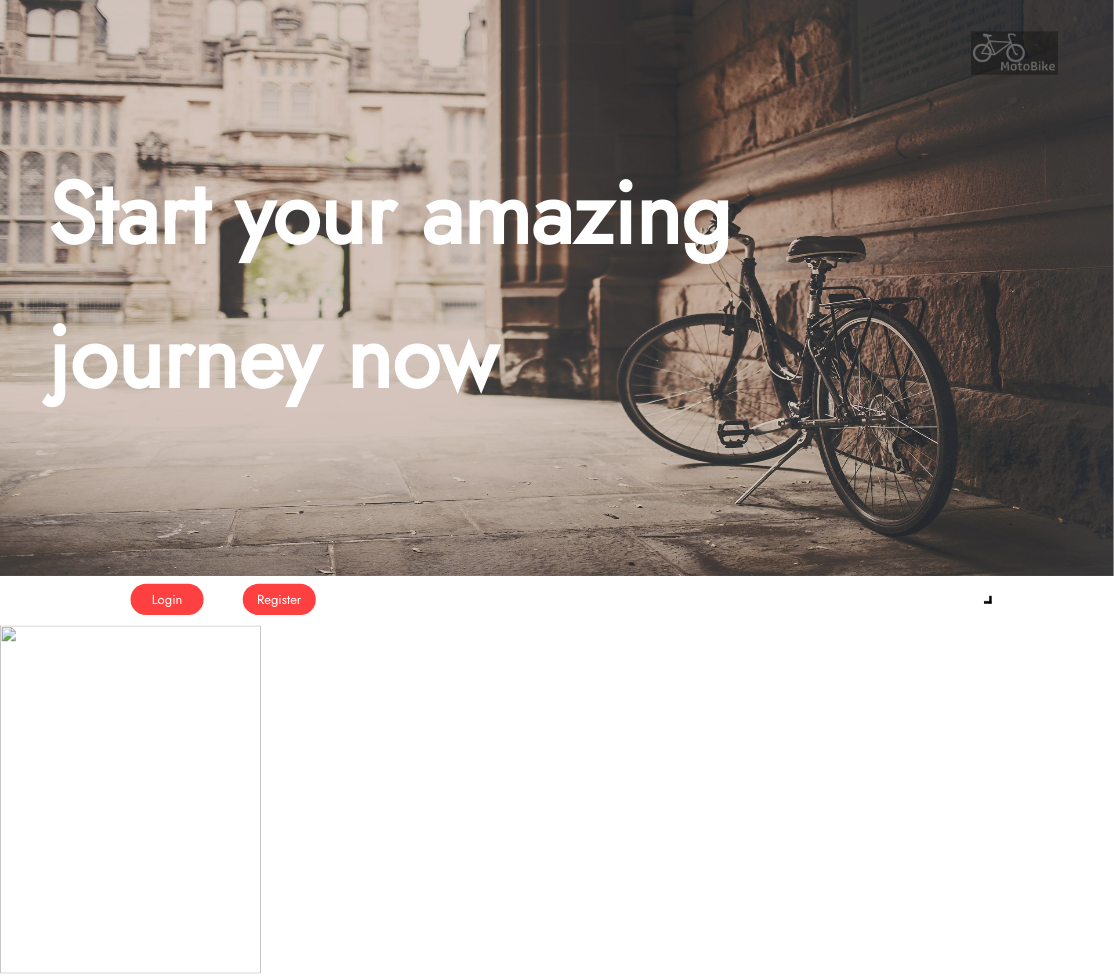
Repository: PatryxB/bikeService
Page: http://localhost/
An editor plug-in stored every save of this project. The page is shown before and after the next save, followed by the edit.
The browser window is 1280 px wide. The pictures show the whole page, at 87% of full size.
The page is served by the project's Laravel application, run on PHP 8.4 with Laravel 8. Style sheets and scripts are compiled from the project's sources, by tool versions that may differ from the author's.

Above is the page before, as saved 2020-05-14 10:21:53.

After the next save:
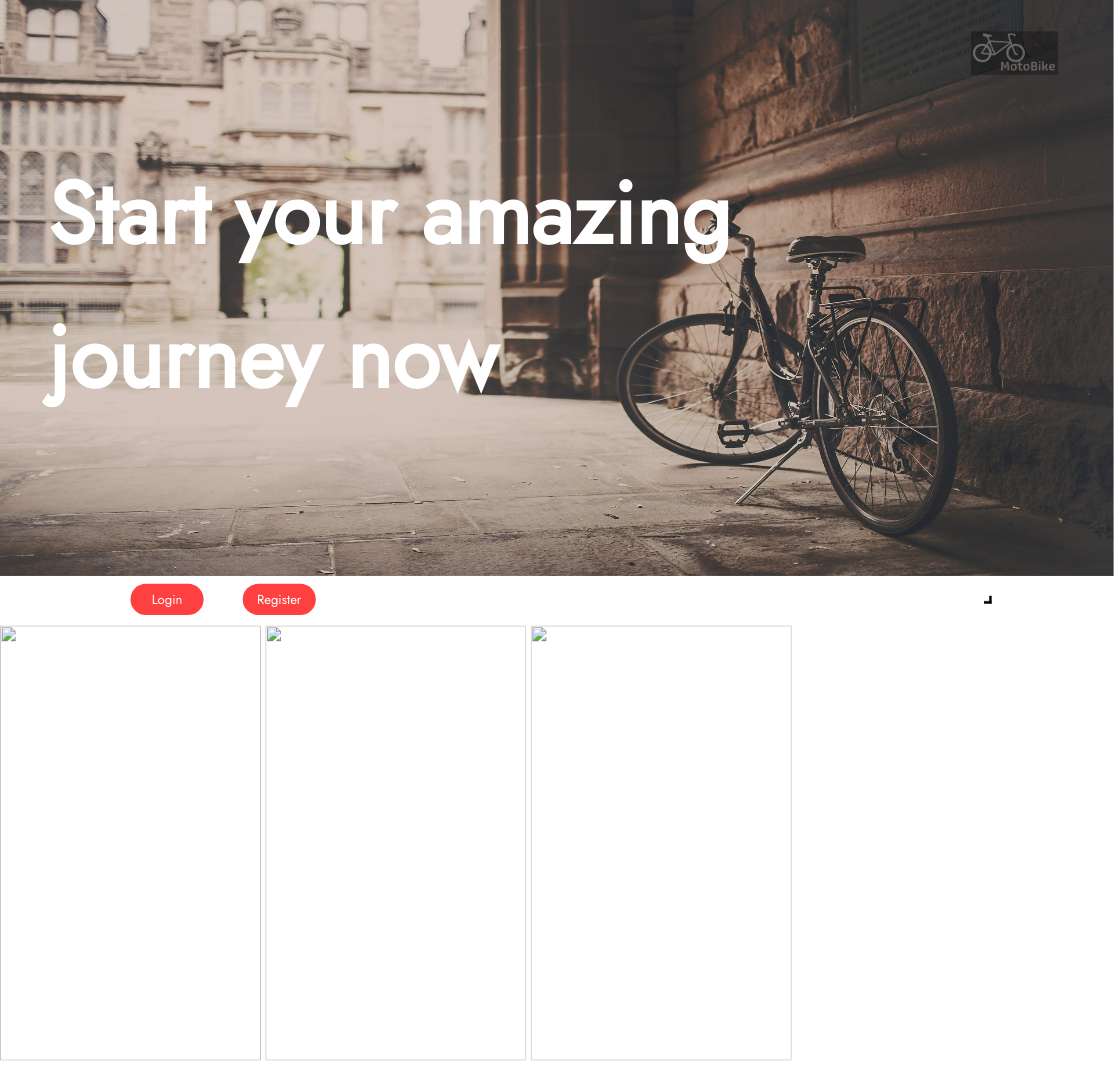
Saved 68 s later.
--- a/resources/views/welcome.blade.php
+++ b/resources/views/welcome.blade.php
@@ -24,9 +24,9 @@
         @section('content')
             <section>
                 <div>
-                    <img src="" alt="" width="300px" height="400px">
-                    <img src="" alt="">
-                    <img src="" alt="">
+                    <img src="" alt="" width="300px" height="500px">
+                    <img src="" alt="" width="300px" height="500px">
+                    <img src="" alt="" width="300px" height="500px">
                 </div>
             </section>
         @endsection
